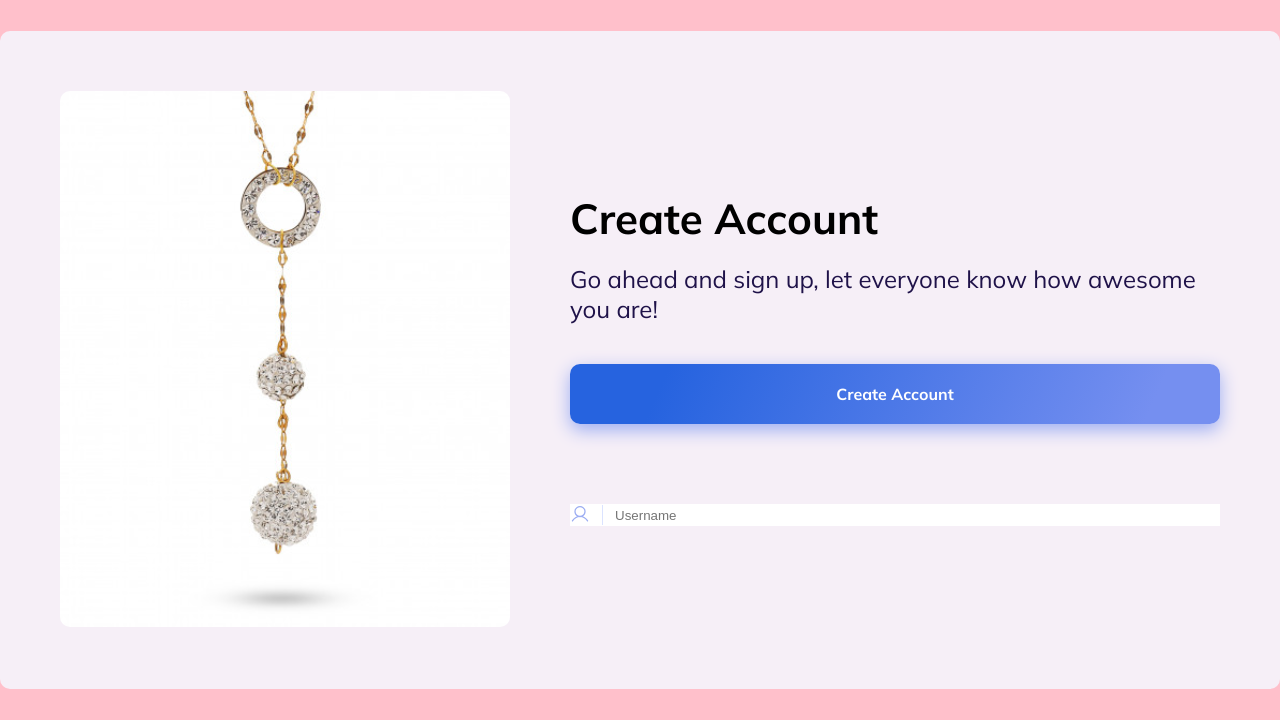
Repository: codezeloss/Valinteca-task
Page: signup.html
The author's editor kept a copy of each file at every save. The page is drawn from the files as they stood at one save, then again after the next save.
The browser window is 1280 px wide. The pictures show the whole page.

Above is the page before, as saved 2022-12-09 19:42:38.

### signup.html
<!DOCTYPE html>
<html lang="en">
  <head>
    <meta charset="UTF-8" />
    <meta http-equiv="X-UA-Compatible" content="IE=edge" />
    <meta name="viewport" content="width=device-width, initial-scale=1.0" />

    <link rel="preconnect" href="https://fonts.googleapis.com">
    <link rel="preconnect" href="https://fonts.gstatic.com" crossorigin>
    <link href="https://fonts.googleapis.com/css2?family=Mulish:wght@400;700;800&display=swap" rel="stylesheet">

    <link rel="stylesheet" href="css/styles.css" />
    <link rel="stylesheet" href="css/signup-page.css" />

    <title>Signup page</title>
  </head>

<body>
  <div class="container">
    <div class="box-container">
      <div>
        <img
          class="welcome-img"
          src="./images/desktop/signup-image-desktop.svg"
          alt="image"
        />
      </div>

      <div class="flexcol-box">
      <div>
        <h1 class="heading heading-secondary">Create Account</h1>
        <p class="text">Go ahead and sign up, let everyone know how awesome you are!</p>
        <button class="btn">Create Account</button>
      </div>

      <form>
        <div class="form-box">
          <div><img class="icon" src="./images/icons/user.svg" alt="user"/></div>
          <div class="line"></div>
          <input type="text" placeholder="Username"/>
        </div>
        <div></div>
        <div></div>
        <div></div>
      </form>
    </div>
    </div>
  </div>
</body>

</html>

### css/styles.css
* {
  margin: 0;
  padding: 0;
  box-sizing: border-box;
}

html {
  font-size: 62.5%;
}

body {
  font-family: sans-serif;
  color: #000;
}

.container {
  display: flex;
  justify-content: center;
  align-items: center;
  height: 100vh;
  background-color: pink;
}

.box-container {
  display: flex;
  flex-direction: row;
  gap: 60px;
  align-items: center;
  margin: 0 auto;
  background: rgba(245, 247, 255, 0.85);
  border-radius: 10px;
  padding: 60px;
}

.heading {
  font-family: "Mulish", sans-serif;
  font-style: normal;
  font-weight: 700;
  line-height: 120%;
  margin-bottom: 20px;
}

.heading-primary {
  font-size: 56px;
}

.heading-secondary {
  font-size: 42px;
}

.text {
  font-family: "Mulish", sans-serif;
  font-style: normal;
  font-weight: 400;
  font-size: 24px;
  color: #1f1249;
  margin-bottom: 40px;
}

.btn {
  width: 100%;
  height: 60px;
  font-family: "Mulish";
  font-style: normal;
  font-weight: 700;
  font-size: 16px;
  border: none;
  cursor: pointer;
  background: linear-gradient(113.87deg, #2663df 14.81%, #758ff0 88.76%);
  box-shadow: 0px 6px 18px #9cadf2;
  border-radius: 10px;
  color: #ffffff;
}

### css/signup-page.css
.flexcol-box {
  display: flex;
  flex-direction: column;
}

.signup-img {
  width: 450px;
  height: 536px;
  border-radius: 10px;
}

.icon {
  width: 20px;
  height: 20px;
}

.form-box {
  display: flex;
  flex-direction: row;
  gap: 12px;
  align-items: center;
  margin-top: 40px;
  background-color: #FFFFFF;
}

.line {
  width: 1px;
  height: 20px;
  background: #DBE3FF;
}

form {
  margin-top: 40px;
}

form input {
  border: none;
}

After the next save:
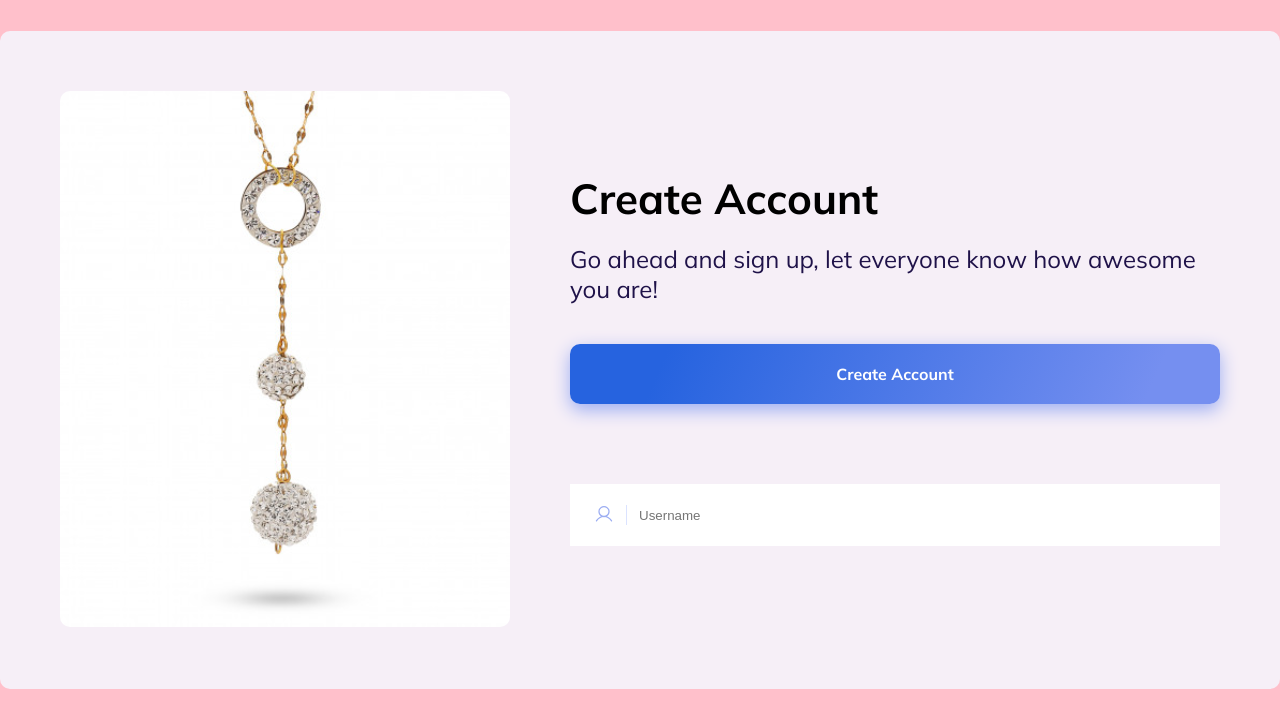
Saved 21 s later.
--- a/css/signup-page.css
+++ b/css/signup-page.css
@@ -21,6 +21,7 @@
   align-items: center;
   margin-top: 40px;
   background-color: #FFFFFF;
+  padding: 20px 24px;
 }
 
 .line {
